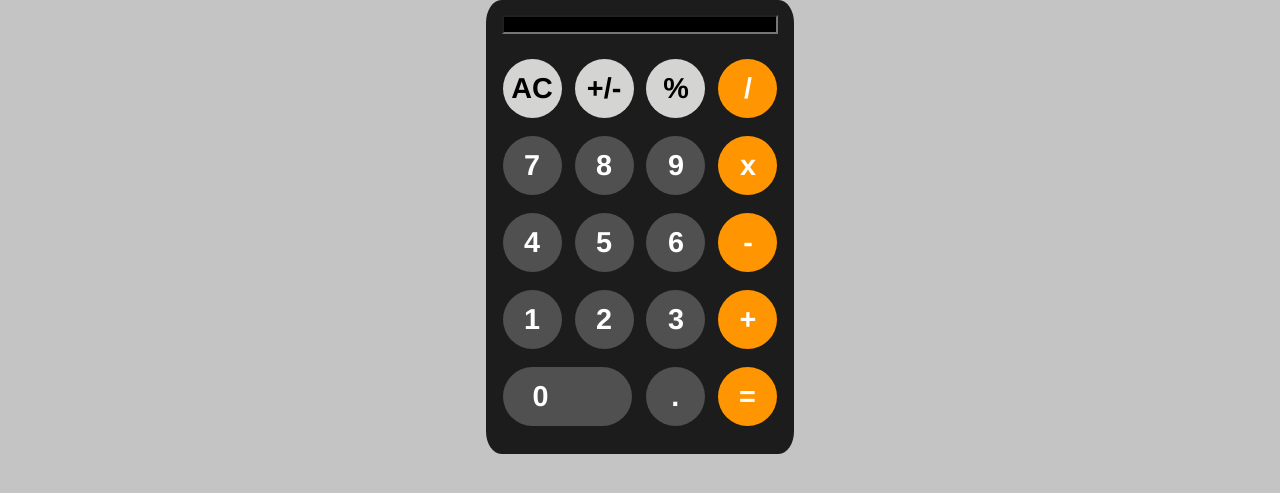
Repository: raulpenate/Calculadora-VUE3
Page: /
These files come from the project's save history. The page is drawn as it stood at one moment and after the next save; the edit follows.
The browser window is 1280 px wide. The pictures show the whole page.
The project was rebuilt for these pictures with package versions that can differ from the ones it lists, and the page was loaded fresh each time. Also part of the build but not shown: src/components/HelloWorld.vue.

Above is the page before, as saved 2022-03-11 11:00:29.

After the next save:
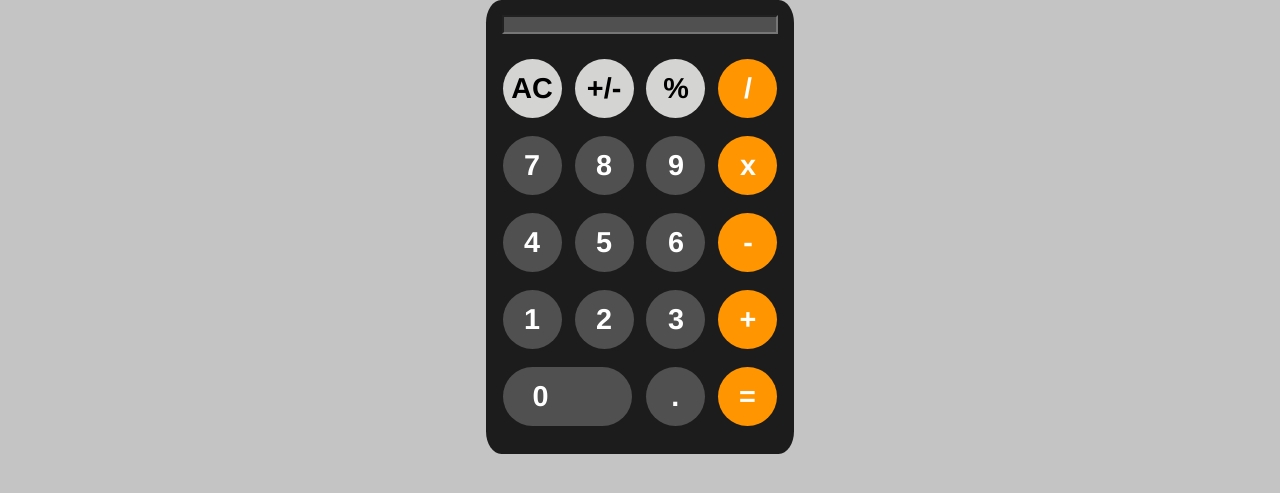
Saved 12 s later.
--- a/src/components/Calculator.vue
+++ b/src/components/Calculator.vue
@@ -73,7 +73,8 @@ body{
 
 .pantallainterna{
     width: 100%;
-    background: #000;
+    background: #505050;
+    color: #FFFFFF;
 }
 
 input[type=number]::-webkit-inner-spin-button,
